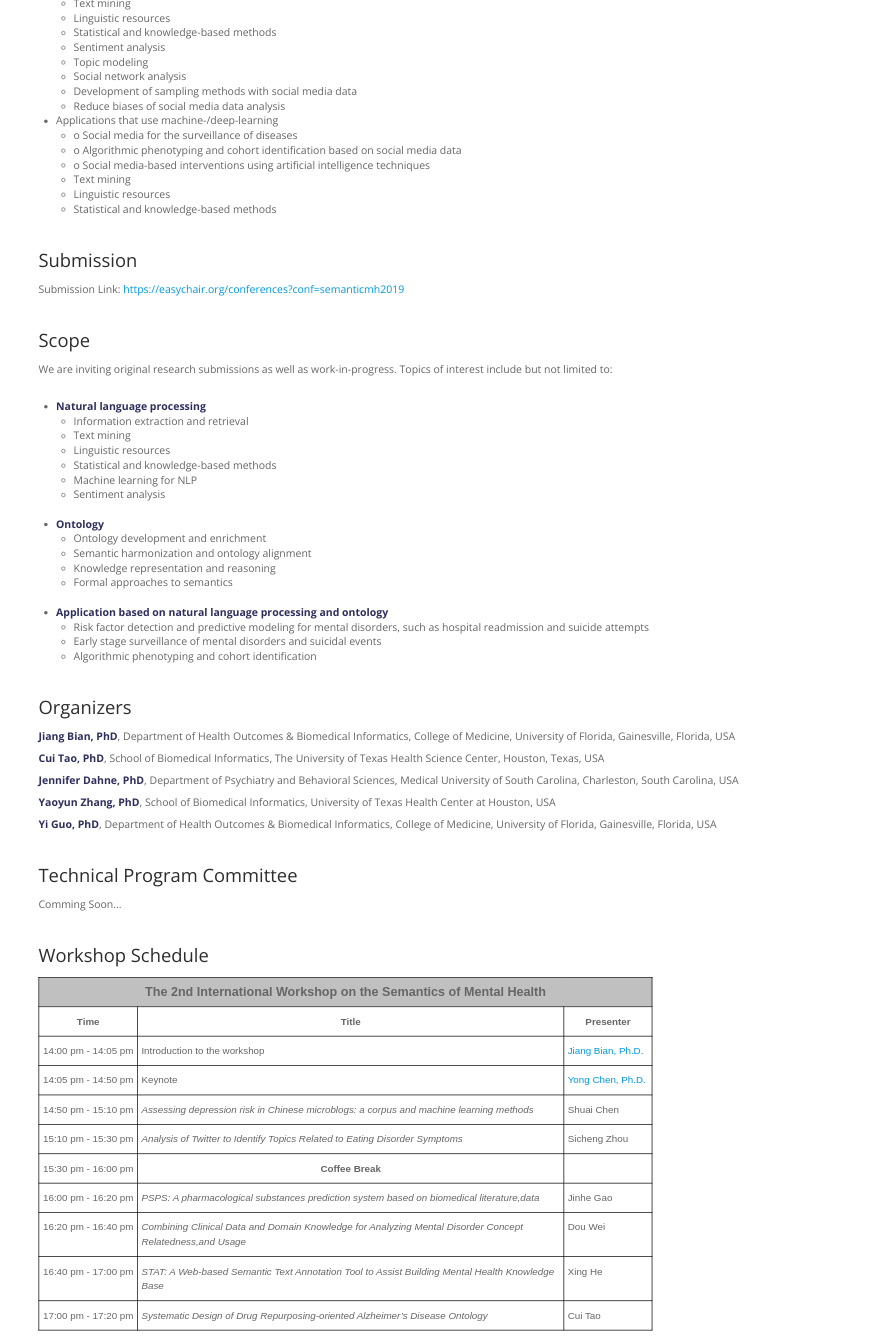
Repository: bianjiang/semantics-powered.org
Page: ISSWHR-2020/index.html
These files come from the project's save history. The page is drawn as it stood at one moment and after a run of saves; the edit follows.
The browser window is 1280 px wide. The pictures show the part of the page from y = 994 to 2914 px (the page is 3042 px tall before and 3000 px after), at 70% of full size.
Some web libraries are served in a nearby version.

Above is the page before, as saved 2019-10-26 16:59:47.
Console error (its wording comes from the project's code and is left out).

After the next 2 saves:
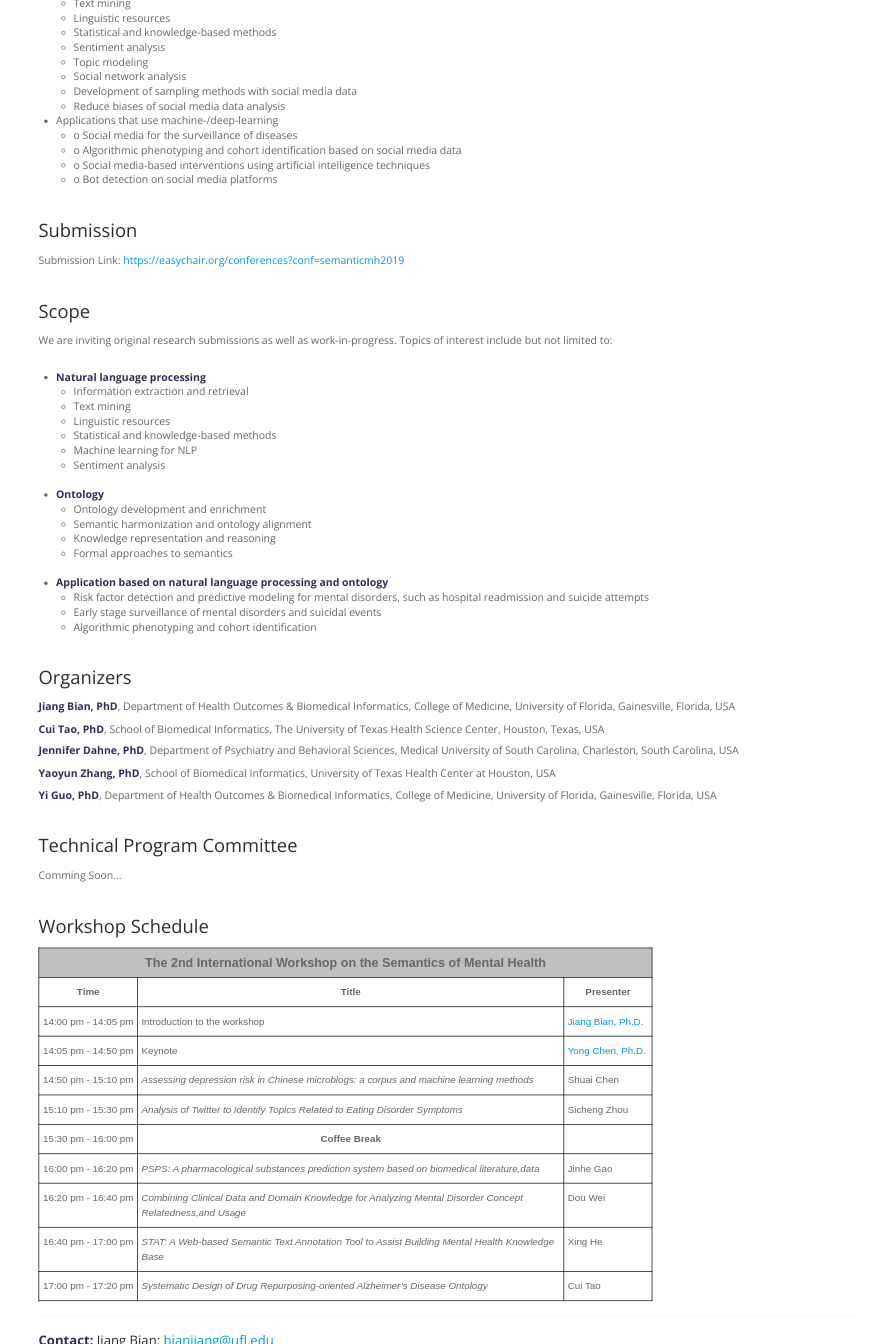
The 2 saves are shown as one change because they came seconds apart.
The last was saved 11 s later.
--- a/ISSWHR-2020/index.html
+++ b/ISSWHR-2020/index.html
@@ -166,9 +166,7 @@
                 <li>o	Social media for the surveillance of diseases</li>
                 <li>o	Algorithmic phenotyping and cohort identification based on social media data</li>
                 <li>o	Social media-based interventions using artificial intelligence techniques</li>
-                <li>Text mining</li>
-                <li>Linguistic resources</li>
-                <li>Statistical and knowledge-based methods</li>
+                <li>o	Bot detection on social media platforms</li>
               </ul>
             </li>
           </ul>
